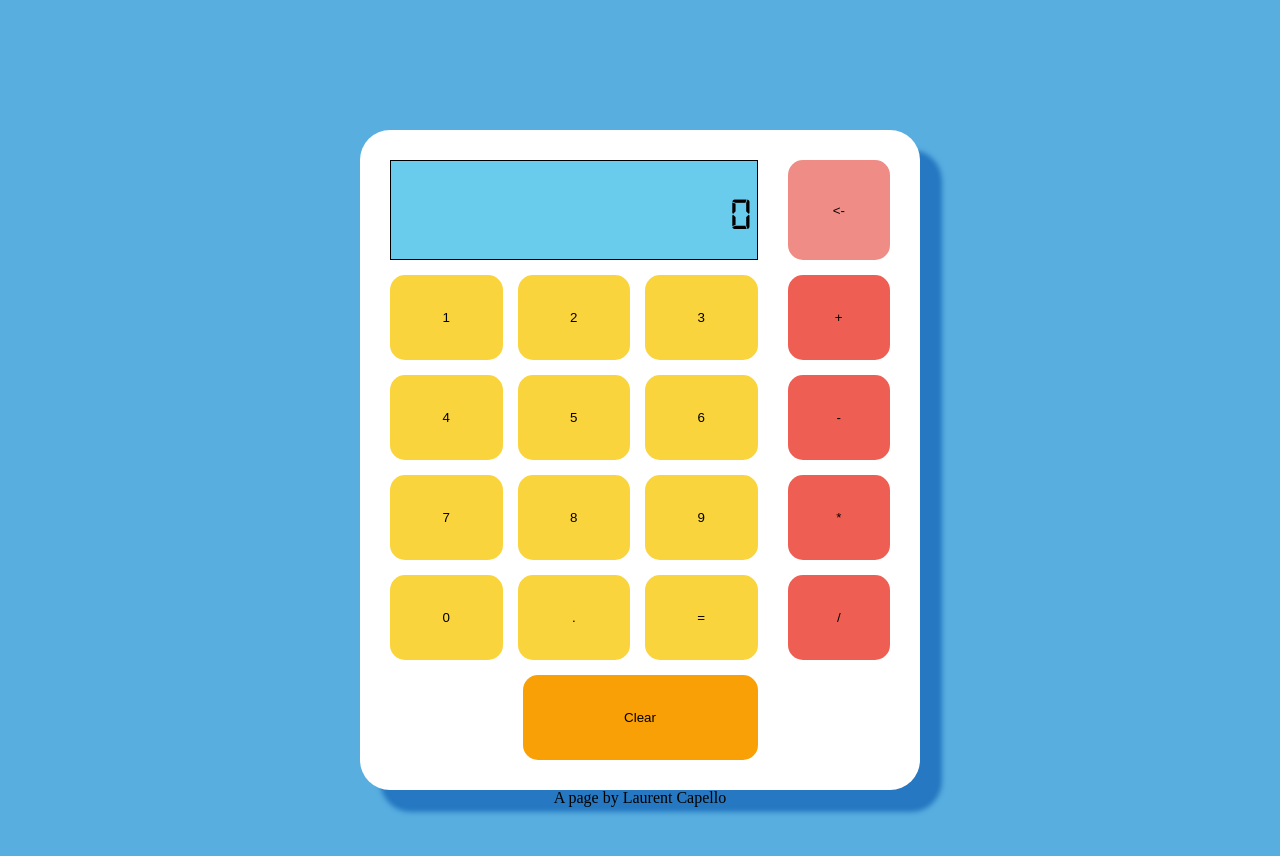
Repository: sokafootball/js-calculator
Page: index.html
The author's editor kept a copy of each file at every save. The page is drawn from the files as they stood at one save, then again after the next save.
The browser window is 1280 px wide. The pictures show the whole page.

Above is the page before, as saved 2020-05-06 20:06:48.

### index.html
<html>
<head>
  <title>Javascript Calculator - By Laurent Capello</title>
  <link rel="stylesheet" type="text/css" href="reset.css">
  <link rel="stylesheet" type="text/css" href="style.css">
  <!--<link rel="stylesheet" type="text/css" href="wireframe.css">-->
  <link href="https://fonts.googleapis.com/css2?family=Barlow:wght@300&display=swap" rel="stylesheet">
</head>
<body>
<main id="main">
  <div id="calculator">
    <p id="display">0</p>
    <button id="backspace" class="button"><-</button>
    <div id="numpad">
      <button class="button num-button">1</button>
      <button class="button num-button">2</button>
      <button class="button num-button">3</button>
      <button class="button num-button">4</button>
      <button class="button num-button">5</button>
      <button class="button num-button">6</button>
      <button class="button num-button">7</button>
      <button class="button num-button">8</button>
      <button class="button num-button">9</button>
      <button class="button num-button">0</button>
      <button id="decimal-button" class="button">.</button>
      <button id="equal-button" class="button">=</button>
    </div>
    <div id="operators">
      <button class="button operation-button">+</button>
      <button class="button operation-button">-</button>
      <button class="button operation-button">*</button>
      <button class="button operation-button">/</button>
    </div>
    <button id="clear-button" class="button">Clear</button>
  </div>
</main>
<footer id="footer">
  <p>A page by <span id="signature">Laurent Capello</span></p>
</footer>
<div id="hidden-element" class="display-full" style="display: none"></div>
<script type="text/javascript" src="script.js"></script>
</body>
</html>

### style.css
@font-face {
  font-family: "calcFont";
  src: url("./fonts/digital-7/digital-7.ttf");
  }

:root {
  --row-gap: 15px;
}

body{
  align-items: center;
  background-color: hsl(202, 68%, 61%);
  display: flex;
  flex-direction: column;
  justify-content: space-between;
}

.display-full{
  animation-name: display-full;
  animation-duration: 0.3s;
}

#numpad button{
  background-color: hsl(48, 95%, 61%);
}

#backspace{
  background-color: hsl(4, 77%, 73%);
  grid-area: backspace;
}

#calculator{
  background-color: white;
  border-radius: 30px;
  box-shadow: 21px 21px 5px 1px hsl(208, 68%, 45%);
  display: grid;
  gap: var(--row-gap) 30px;
  grid-template-areas:
    "display display display backspace"
    "numpad numpad numpad operators"
    "numpad numpad numpad operators"
    "numpad numpad numpad operators"
    "numpad numpad numpad operators"
    ". clear clear .";
  grid-template-columns: repeat(4, 1fr);
  grid-template-rows: 100px repeat(5, 1fr); /*first row is fixed to stop the border animation from taking space from other rows*/
  height: 600px;
  margin-top: 130px;
  padding: 30px;
  width: 500px;
}

#calculator button{
  border-radius: 15px;
  border-width: 0px;
}

#calc-top{
  margin-bottom: 40px;
}

#clear-button{
  background-color: hsl(38, 95%, 50%);
  grid-area: clear;
}

#display{
  background-color: hsl(195, 78%, 67%);
  border: 1px solid black;
  font-family: 'calcFont', sans-serif;
  font-size: 45px;
  grid-area: display;
  line-height: 95px;
  padding-right: 5px;
  text-align: right;
  vertical-align: middle;
}

#footer{
  margin-bottom: 50px;
}

#numpad{
  display: grid;
  gap: var(--row-gap);
  grid-area: numpad;
  grid-template-columns: repeat(3, 1fr);
  grid-template-rows: repeat(4, 1fr);
}
/*
#operators{
  display: flex;
  flex-direction: column;
  justify-content: space-evenly;
  grid-area: operators;
}
*/

#operators{
  display: grid;
  gap: var(--row-gap);
  grid-template-rows: repeat(4, 1fr);
  grid-area: operators;
}

#operators button{
  background-color: hsl(4, 82%, 63%);
  flex-grow: 1;
}

@keyframes display-full{
  0% {border: 1px solid black;}
  50% {
    border: 2px solid red;
    box-shadow: 0px 0px 6px 1px red;
    line-height: 93px;
    padding-right: 4px;
  }
  100% {border: 1px solid black;}
}

### script.js
/*
CODE BY LAURENT CAPELLO
*/

//#region STARTUP
const MAX_DISPLAY_LENGTH = 14
const MAX_DECIMALS = 3
const EXPONENTIAL_NOTATION_DIGITS = MAX_DISPLAY_LENGTH - 4 //4 digits are reserved for the exponential notation and the dot
let display = document.querySelector(`#display`)
let overwriteIsOn = true
let operation = null, operand1 = null, operand2 = null

addFunctionsToBtns()

function addFunctionsToBtns(){
	let numButtons = document.querySelectorAll(`.num-button`)
	numButtons = Array.from(numButtons)
	numButtons.forEach(button => {
		button.addEventListener(`click`, () => pressNumBtn(button.innerText))
	});

	let opButtons = document.querySelectorAll(`.operation-button`)
	opButtons = Array.from(opButtons)
	opButtons.forEach(button => {
		button.addEventListener(`click`, () => pressOperationBtn(button.innerText))
	});

	let equalButton = document.querySelector(`#equal-button`)
	equalButton.addEventListener(`click`, pressEqualBtn)

	let clearButton = document.querySelector(`#clear-button`)
	clearButton.addEventListener(`click`, pressClearBtn)

	let bckSpaceBtn = document.querySelector(`#backspace`)
	bckSpaceBtn.addEventListener(`click`, pressBackspaceBtn)

	let decimalBtn = document.querySelector(`#decimal-button`)
	decimalBtn.addEventListener(`click`, pressDecimalBtn)

	document.onkeydown = (e) => filterKeyPress(e)
}

function filterKeyPress(e){
	console.log(`key pressed`)
	if (e.which <= 105 && e.which >= 96){
		pressNumBtn(Number(e.key))
	} else if (e.which == 106 || e.which == 107 || e.which == 109 || e.which == 111) {
		pressOperationBtn(e.key)
	} else if (e.which == 13){
		pressEqualBtn()
	} else if (e.which == 110){
		pressDecimalBtn()
	} else if (e.which == 8){
		pressBackspaceBtn()
	}
}
//#endregion

//#region SUPPORT FUNCTIONS
function clear(){
	display.innerText = `0`
	operation = null
	operand1 = null
	operand2 = null
	overwriteIsOn = true
}

function displayNumber(num){
	if(num == 0 && display.innerText == `0`) return
  if(overwriteIsOn){
		if(num == `.`){
			display.innerText += num
		}else{
			display.innerText = num
		}
		overwriteIsOn = false
	}else{
		if(display.innerText.length >= MAX_DISPLAY_LENGTH){
			animateDisplay()
			return
		}
		display.innerText += num
	}
}

function displayResult(){
	operand1 = operate(operation, operand1, operand2)
	operand2 = null
	display.innerText = operand1
}

function saveNumber(){
	if(operation == null)
		operand1 =  Number(display.innerText)
	else operand2 =  Number(display.innerText)
}

function saveOperation(operationSign){
	operation = operationSign
	overwriteIsOn = true
}

function truncateDecimals(num){
	if((num % 1).toString().length > MAX_DECIMALS) return Number(num).toFixed(MAX_DECIMALS)
	return num
}

function truncateIntegers(num){
	if(num.toString().length <= MAX_DISPLAY_LENGTH) return num
	return num.toExponential(EXPONENTIAL_NOTATION_DIGITS)
}
//#endregion

//#region BUTTONS FUNCTIONS
function pressBackspaceBtn(){
	//if display length is 1
	if(display.innerText.length == 1){
		display.innerText = `0`
	}else{
		let displayArray = Array.from(display.innerText)
		displayArray.pop()
		display.innerText = displayArray.join(``)
	}
	saveNumber()
}

function pressDecimalBtn(){
	//add dot to the right of the number on display
	if (display.innerText.includes(`.`)) return
	displayNumber(`.`)
	saveNumber()
}

function pressClearBtn(){
	clear()
}

function pressEqualBtn(){
	if(operand1 != null && operand2 != null){
		displayResult()
		operation = null
		overwriteIsOn = true
		operand2 = null
	}else{
		operation = null
		overwriteIsOn = true
		operand2 = null
		display.innerText = operand1 == null ? `0` : operand1
	}
}

function pressNumBtn(num){
	displayNumber(Number(num))
	saveNumber()
}

function pressOperationBtn(operationSign){
	if (operation == null){
		saveOperation(operationSign)
	}else{
		if(operand1 != null && operand2 != null){
			displayResult()
		}
		saveOperation(operationSign)
	}
}
//#endregion

//#region MATH FUNCTIONS
function operate(operation, a, b){
	let result = null
	switch (operation){
		case `+`:
			operation = add
			break
		case `-`:
			operation = subtract
			break;
		case `*`:
			operation = multiply
			break
		case `/`:
			operation = divide
			break;
		default:
			console.log(`invalid operation`)
			return
	}
	result = Number(operation(a,b))
	result = truncateDecimals(result)
	result = truncateIntegers(result)
  return Number(result)
}

function add (...nums) {
	return nums.reduce((total, num) => {
		return total + num
	}, 0)
}

function subtract (...nums) {
	return nums.reduce((total, num) => {
		return total - num
	})
}

function sum (arr) {
	return add(...arr)
}

function divide (...nums){
	if (nums[1] == 0){
		console.log(`you can't divide by 0!`)
		clear()
		return 0
	}
	return nums.reduce((total, num) => total / num
	)
}

function multiply (...nums) {
	return nums.reduce((total, num) => {
		return total * num
	})
}
//#endregion

//#region DISPLAY ANIMATION FUNCTIONS
function convertDuration(durationString){
	let duration = Number(durationString.replace(`s`, ``))
	return duration * 1000
}

function animateDisplay(){
	let animDurationString = getComputedStyle(document.querySelector(`.display-full`)).animationDuration
	const ANIM_DURATION = convertDuration(animDurationString)
	display.classList.remove(`display-full`)
	display.classList.add(`display-full`)
	setTimeout(() => display.classList.remove(`display-full`), ANIM_DURATION);
}
//#endregion

Loaded but not shown: reset.css (common file)

After the next save:
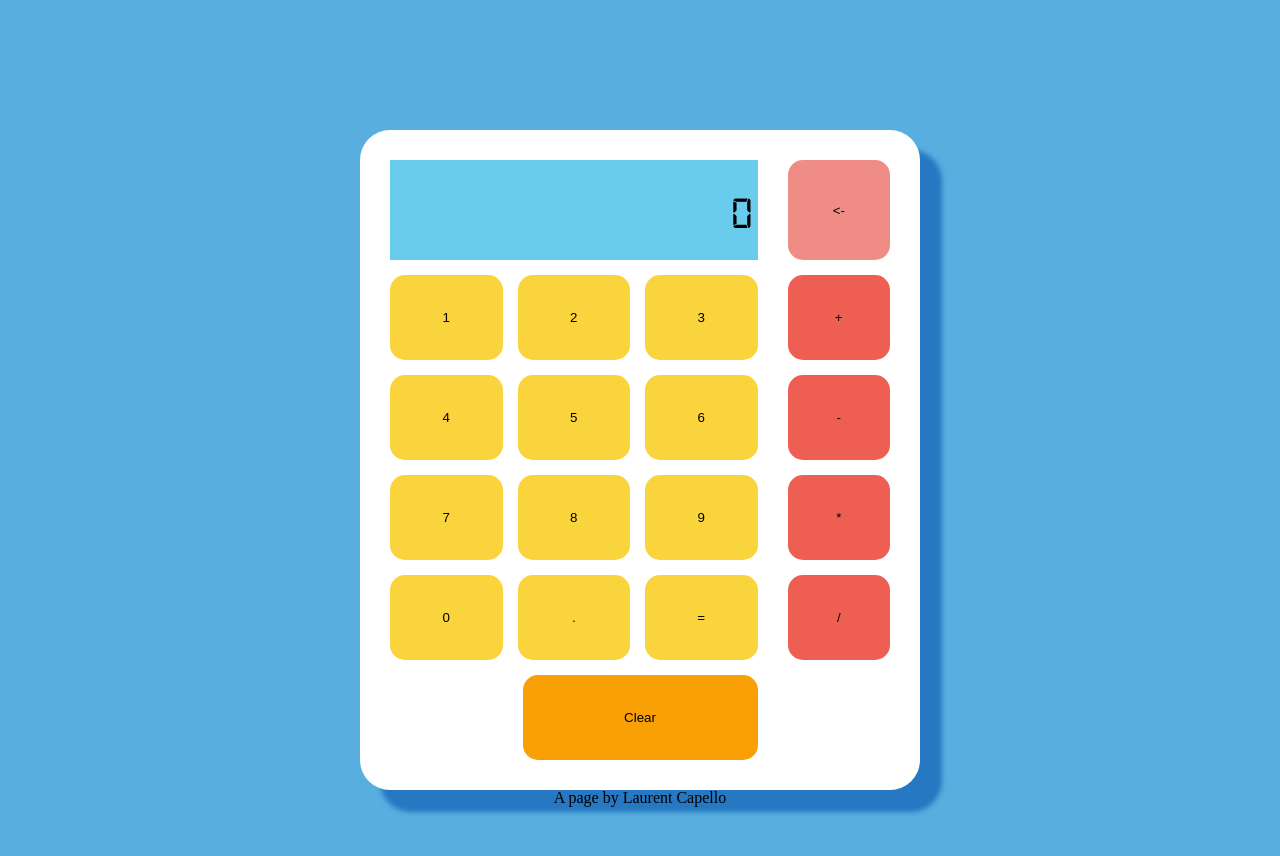
Saved 51 s later.
--- a/style.css
+++ b/style.css
@@ -66,7 +66,7 @@ body{
 
 #display{
   background-color: hsl(195, 78%, 67%);
-  border: 1px solid black;
+  border-width: 0px;
   font-family: 'calcFont', sans-serif;
   font-size: 45px;
   grid-area: display;
